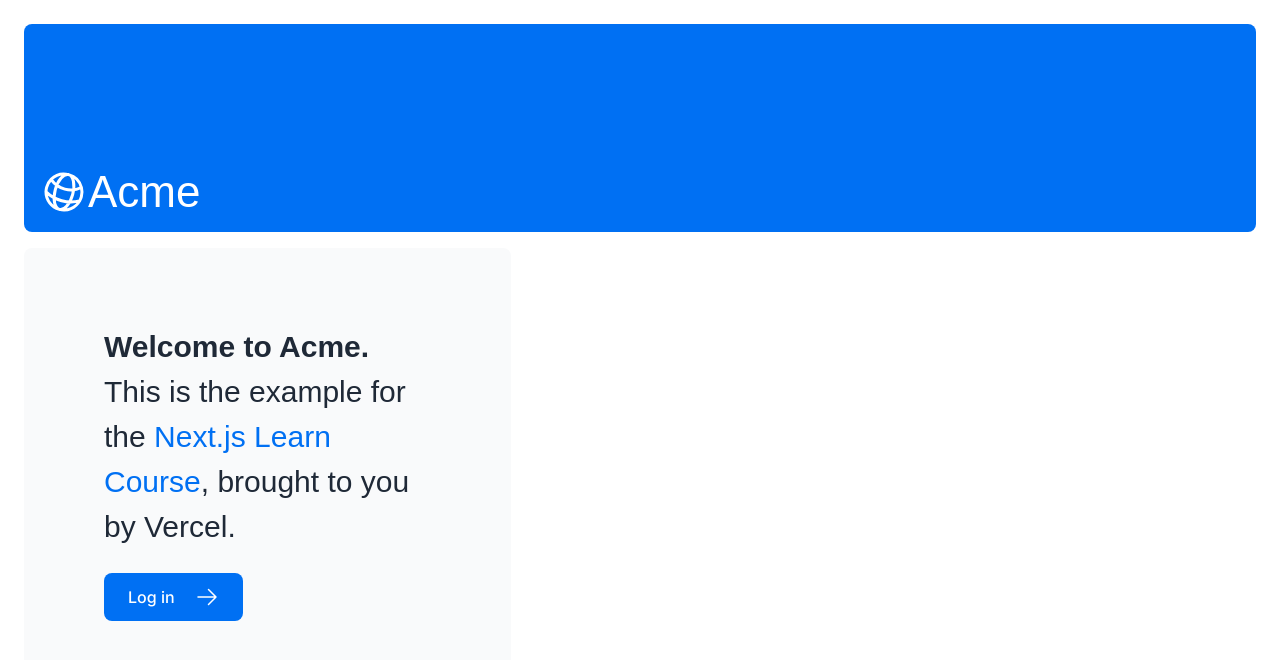
Repository: carlz812/nextjs-demo-dashboard
Page: /
These files come from the project's save history. The page is drawn as it stood at one moment and after the next save; the edit follows.
The browser window is 1280 px wide. The pictures show the whole page.
Some web fonts or font styles are not loaded; a fallback is used. The project was rebuilt for these pictures with package versions that can differ from the ones it lists, and the page was loaded fresh each time. The framework's server and built-in components were replaced by stand-ins that run in the browser. Also part of the build but not shown: next.config.js.

Above is the page before, as saved 2023-11-27 15:22:10.

After the next save:
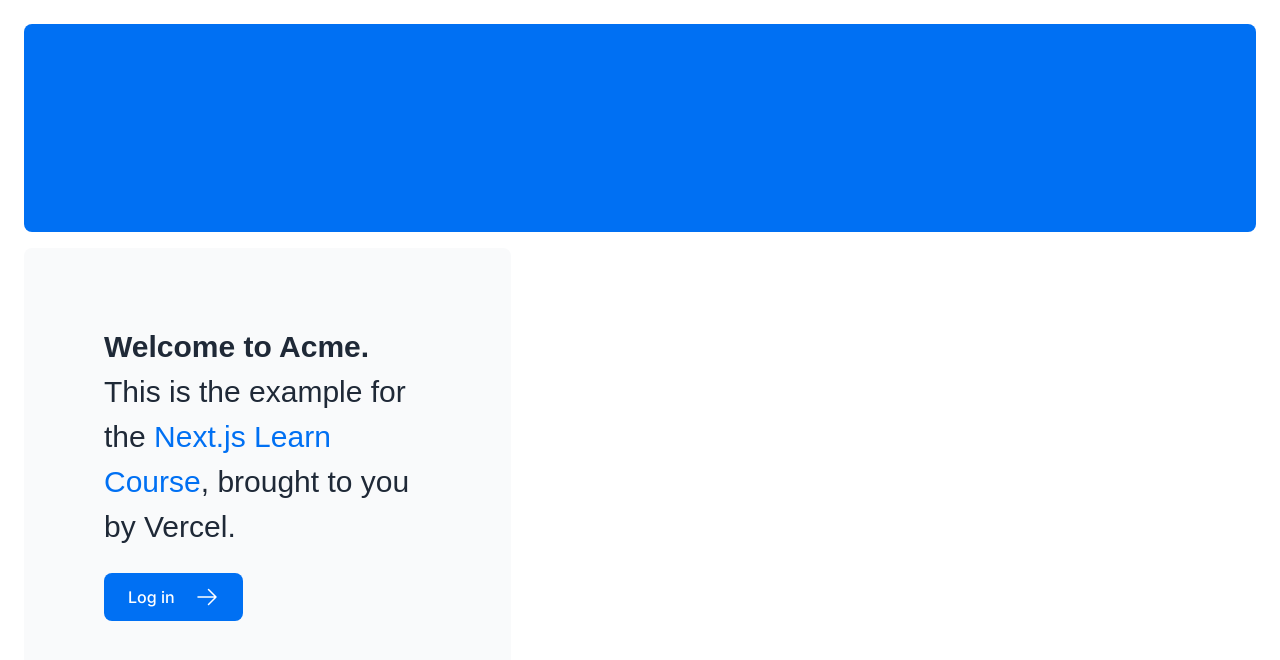
Saved 6 s later.
--- a/app/page.tsx
+++ b/app/page.tsx
@@ -7,7 +7,7 @@
   return (
     <main className="flex min-h-screen flex-col p-6">
       <div className="flex h-20 shrink-0 items-end rounded-lg bg-blue-500 p-4 md:h-52">
-        <AcmeLogo />
+
       </div>
       <div className="mt-4 flex grow flex-col gap-4 md:flex-row">
         <div className="flex flex-col justify-center gap-6 rounded-lg bg-gray-50 px-6 py-10 md:w-2/5 md:px-20">

After the 3 saves that followed:
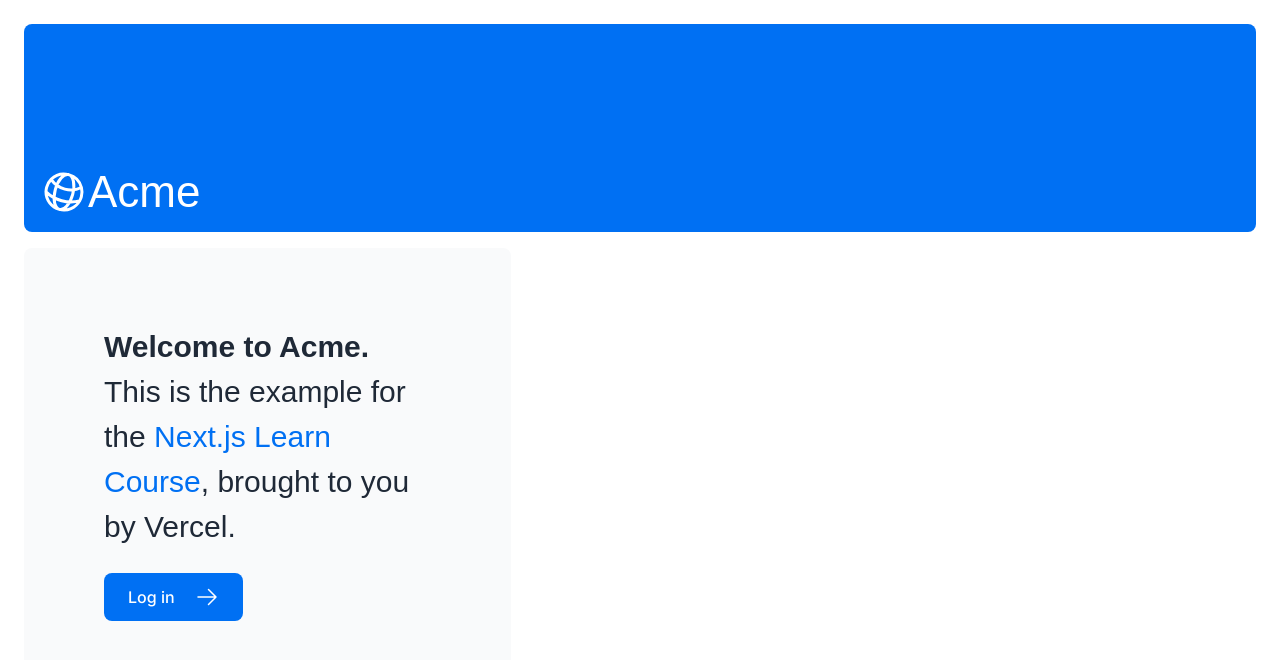
The 3 saves are shown as one change because 1 left the picture as it was and some came seconds apart.
The last was saved 3 min 59 s later.
--- a/app/page.tsx
+++ b/app/page.tsx
@@ -2,12 +2,13 @@
 import { ArrowRightIcon } from '@heroicons/react/24/outline';
 import Link from 'next/link';
 import { lusitana } from '@/app/ui/fonts';
+import Image from 'next/image';
 
 export default function Page() {
   return (
     <main className="flex min-h-screen flex-col p-6">
       <div className="flex h-20 shrink-0 items-end rounded-lg bg-blue-500 p-4 md:h-52">
-
+        <AcmeLogo />
       </div>
       <div className="mt-4 flex grow flex-col gap-4 md:flex-row">
         <div className="flex flex-col justify-center gap-6 rounded-lg bg-gray-50 px-6 py-10 md:w-2/5 md:px-20">
